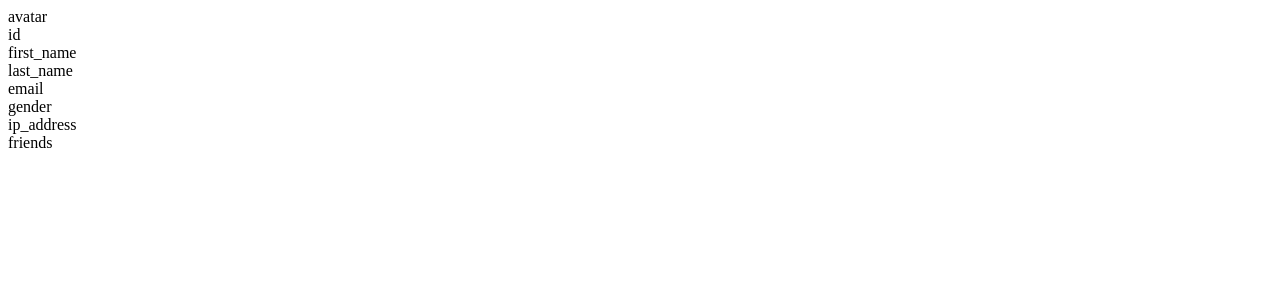
Repository: GeryZlatev/myTable
Page: index.html
An editor plug-in stored every save of this project. The page is shown before and after the next save, followed by the edit.
The browser window is 1280 px wide. The pictures show the whole page.

Above is the page before, as saved 2021-01-05 13:32:33.

### index.html
<!DOCTYPE html>
<html lang="en">

<head>
    <meta charset="UTF-8">
    <meta name="viewport" content="width=device-width, initial-scale=1.0">
    <title>Document</title>
</head>

<body>
    <div id="app"></div>
    <script src="app.js" type="module"></script>

</body>

</html>

### app.js
import { MOCK } from './MOCK_DATA.js';

(function(data, document) {
    let keys = Object.keys(data[0]);
    let result = "";

    result += '<table>';
    result += '  <thead>';
    result += '     <tr>';
    result += keys.map(key => `<div>${key}</div>`).join(' ');
    result += '     </tr>';
    result += '  </thead>';
    result += '</table>';




    document.getElementById('app').innerHTML = result;

}(MOCK, document))

Loaded but not shown: MOCK_DATA.js (library)

After the next save:
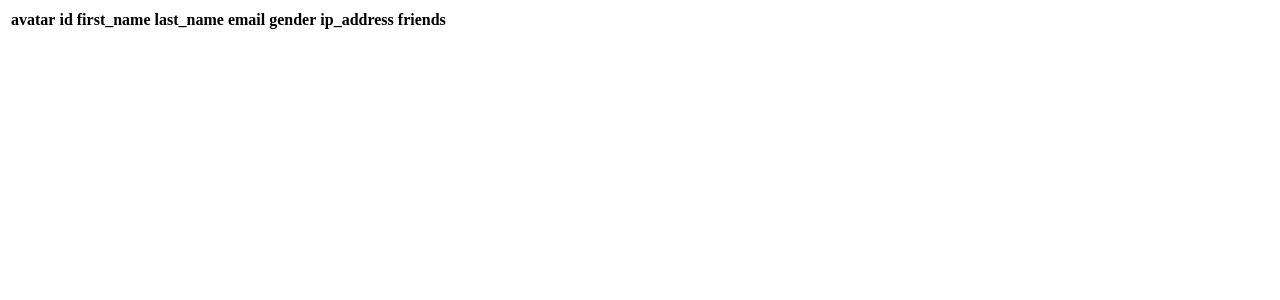
Saved 2 min 39 s later.
--- a/app.js
+++ b/app.js
@@ -7,7 +7,7 @@ import { MOCK } from './MOCK_DATA.js';
     result += '<table>';
     result += '  <thead>';
     result += '     <tr>';
-    result += keys.map(key => `<div>${key}</div>`).join(' ');
+    result += keys.map(key => `<th>${key}</th>`).join(' ');
     result += '     </tr>';
     result += '  </thead>';
     result += '</table>';
